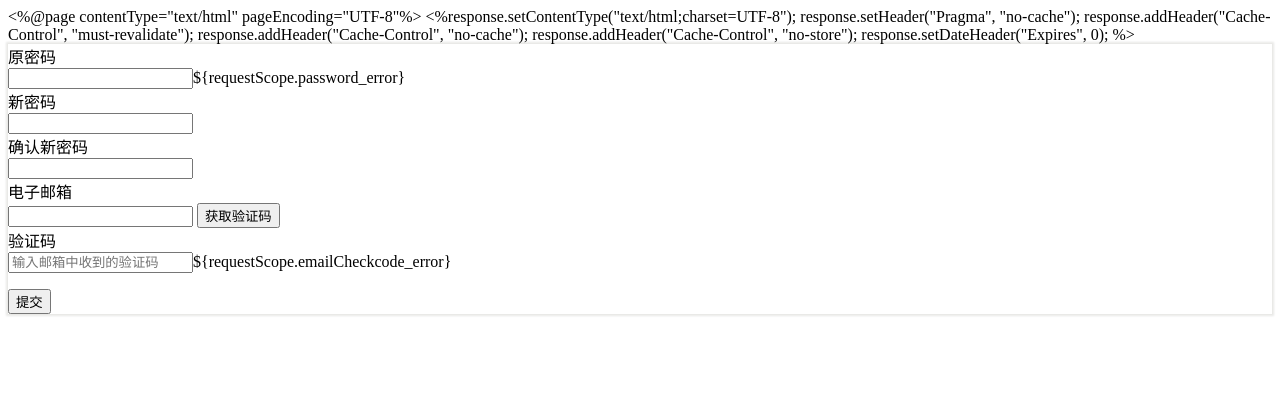
Repository: IAmJiangWenHao/ReportServer
Page: web/demo.html
The author's editor kept a copy of each file at every save. The page is drawn from the files as they stood at one save, then again after the next save.
The browser window is 1280 px wide. The pictures show the whole page.

Above is the page before, as saved 2023-06-01 10:23:27.

### web/demo.html
<%@page contentType="text/html" pageEncoding="UTF-8"%>
<%response.setContentType("text/html;charset=UTF-8");
  response.setHeader("Pragma", "no-cache");
  response.addHeader("Cache-Control", "must-revalidate");
  response.addHeader("Cache-Control", "no-cache");
  response.addHeader("Cache-Control", "no-store");
  response.setDateHeader("Expires", 0);
%>
<!DOCTYPE html>
<html>
  <head>
    <meta http-equiv="Content-Type" content="text/html; charset=UTF-8">
    <title>重置口令</title>
  </head>

  <body>
    <style>
            #course1{
              style="display: flex; flex-direction:column;align-items: center;"
        padding: 10px;
        box-shadow: 0 0 2px 2px rgba(30, 30, 4, 0.1);
      }
      #course1:hover{
        box-shadow: 0 0 2px 2px rgba(30, 30, 4, 0.3);
      }
      #course1 tbody tr {
      display: flex;
      border-radius: 20px;
      width: auto;
      height: auto;
      padding: 10px;
      font-size: 26px;
      background-color: #fff;
      position: relative;
      justify-content: flex-start
    }
    #course1 tbody tr td a{
      color: #000;
      text-decoration:none;
    }
    #course1 tbody tr td a:hover{
      box-shadow: 0 0 10px 5px rgba(30, 30, 4, 0.3);
    }
    #course1 tbody tr td input{
      border: 0;
      height: 100%;
      background-color: #fff;
    }
    #course1 tbody tr td input:hover{
      border: 0;
      box-shadow: 0 0 10px 5px rgba(30, 30, 4, 0.3);
    }
    </style>
    <div id="course1">
      <form action="SetPasswordEmail.do" method="post" name="form1" onSubmit="return Check()">
        原密码 <div id="old"><input type="password" name="oldpass" >${requestScope.password_error}</div>
        新密码 <div id="new"><input type="password" name="newpass" ><div id="info_newpass" style="color: #ff0000;display:inline;"></div></div>
        确认新密码 <div id="comfirm"><input type="password" name="confirmpass"  ><div id="info_confirm" style="color: #ff0000;display:inline;"></div> </div>
        电子邮箱 <div id="email"><input type="text" name="email" onblur=isEmail(this.value)> <input type="button" id="button" value="获取验证码"></div>
        验证码<div id="emailcode"><input type="text" name="emailCheckcode"  placeholder="输入邮箱中收到的验证码"/>${requestScope.emailCheckcode_error}</div>
        <p>
          <input type="submit" id="submit" value="提交">
      </form>
        <div id="result"></div>
    </div>
    <script>
      const info_newpass = document.getElementById("info_newpass");
      const info_confirm = document.getElementById("info_confirm");
      const newpass = document.getElementsByTagName("input")[1];
      const confirmpass = document.getElementsByTagName("input")[2];
      const email = document.getElementsByTagName("input")[3];
      newpass.onchange = function () {
        info_newpass.innerHTML = "长度6-8位";
        if (confirmpass.value === newpass.value && newpass.value.length >= 4)
          info_confirm.innerHTML = "ok";
        else
        {
          info_confirm.innerHTML = "不匹配";
        }
      };

      confirmpass.onchange = function () {
        if (confirmpass.value === newpass.value && newpass.value.length >= 4)
          info_confirm.innerHTML = "ok";
        else
        {
          info_confirm.innerHTML = "不匹配";
        }
      };

      function isEmail(strEmail) {
        if (strEmail.search(/^\w+((-\w+)|(\.\w+))*\@[A-Za-z0-9]+((\.|-)[A-Za-z0-9]+)*\.[A-Za-z0-9]+$/) !== -1)
          return true;
        else
          alert(email.value + "邮箱格式错误");
      }
      function Check()
      {
        for (var i = 0; i < document.form1.elements.length - 1; i++)
        {
          if (document.form1.elements[i].value === "")
          {
            alert("不允许空！");
            document.form1.elements[i].focus();
            return false;
          }
        }
        if (newpass.value.length < 6)
        {
          alert("密码长度不足！");
          document.getElementsByTagName("input")[1].focus();
          return false;
        }
        if (confirmpass.value !== newpass.value)
        {
          alert("两次输入不匹配！");
          document.getElementsByTagName("input")[2].focus();
          return false;
        }
        return true;

      }
      //获取button
      const btn = document.getElementById("button");
      const result=document.getElementById("result");
      //绑定按钮的 click 事件
      btn.onclick = function () {
        if (!isEmail(email.value))
          return false;
        btn.disabled = true;//禁用按钮
        setBTN();
        //1.创建请求对象
        const xhr = new XMLHttpRequest();
        //2.设置请求方法和URL
        xhr.open("post", "/Report_load_system/EmailCheckcodeServlet?email=" + email.value, true);
        //3.发送
        xhr.send();
        //4. 绑定事件 处理服务端返回的结果
        //readystate 是xhr的一个属性，状态 0 1 2 3 4
        xhr.onreadystatechange = function () {
          // 如果服务器端返回了所有的结果
          if (xhr.readyState === 4) {
            //判断响应码 2XX 表示成功
            if (xhr.status >= 200 && xhr.status <= 300) {
              //处理结果
              console.log(xhr.status);//状态码
              console.log(xhr.statusText);//状态字符串
              console.log(xhr.getAllResponseHeaders());//响应头
              console.log(xhr.response);//响应体
              //设置 result 显示的文本内容
              result.innerHTML=xhr.response;
            } else {
            }
          }
        };
      };

      //修改按钮，控制验证码重新获取
      var time0 = 30;
      var time = time0;
      var t;  // 验证按钮的20s计时
      //修改按钮，控制验证码重新获取
      function changeBTN() {
        if (time > 0) {
          btn.value = "(" + time + "s)" + "重新获取";
          time = time - 1;
        } else {

          btn.disabled = false;
          btn.value = "获取验证码";
          clearInterval(t);
          time = time0;
        }
      }
      function setBTN() {
        btn.value = "(" + time + "s)" + "重新获取";
        time = time - 1;
        t = setInterval("changeBTN()", 1000);  // 1s调用一次
      }
    </script>
  </body>
</html>

After the next save:
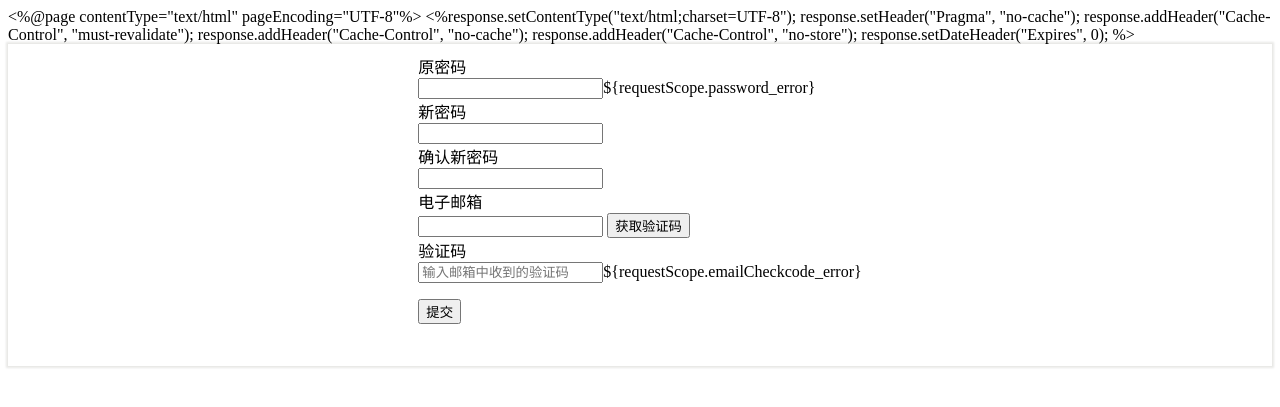
Saved 18 s later.
--- a/web/demo.html
+++ b/web/demo.html
@@ -16,7 +16,7 @@
   <body>
     <style>
             #course1{
-              style="display: flex; flex-direction:column;align-items: center;"
+              display: flex; flex-direction:column;align-items: center;
         padding: 10px;
         box-shadow: 0 0 2px 2px rgba(30, 30, 4, 0.1);
       }
